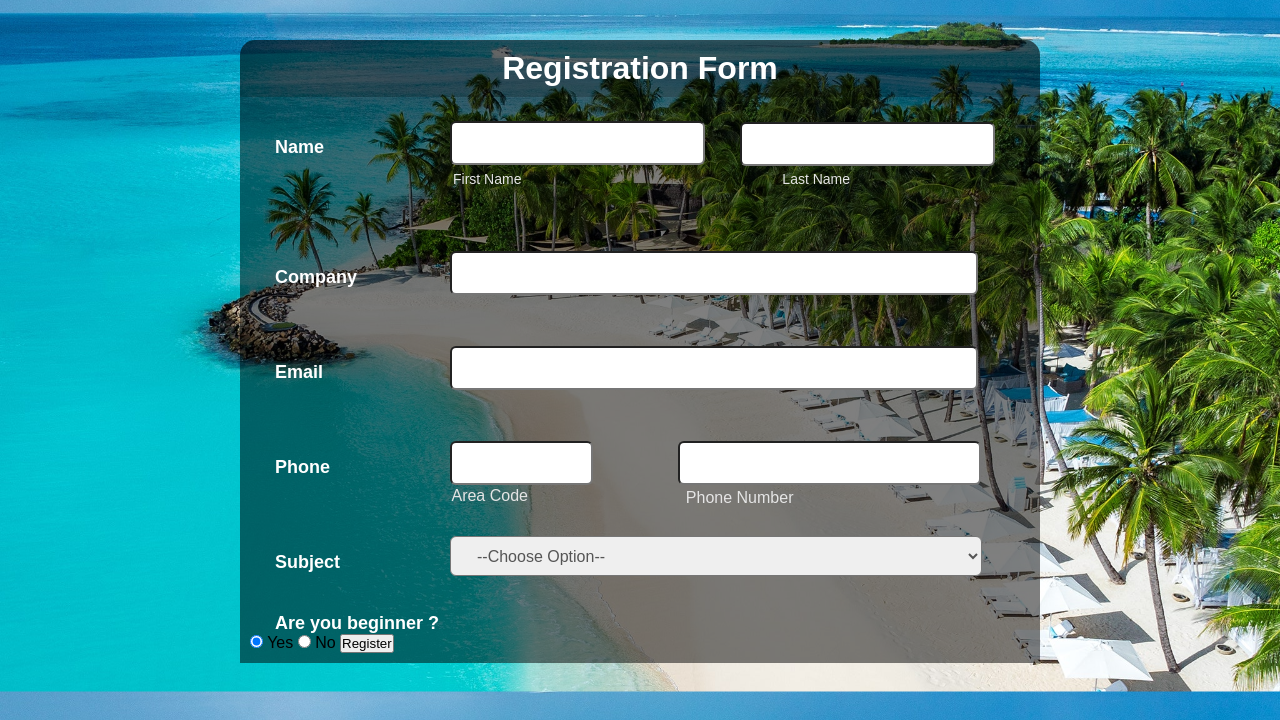
Repository: sudeepa88/Registration-Form
Page: registration.html
An editor plug-in stored every save of this project. The page is shown before and after the next save, followed by the edit.
The browser window is 1280 px wide. The pictures show the whole page.

Above is the page before, as saved 2022-01-11 23:49:55.

After the next save:
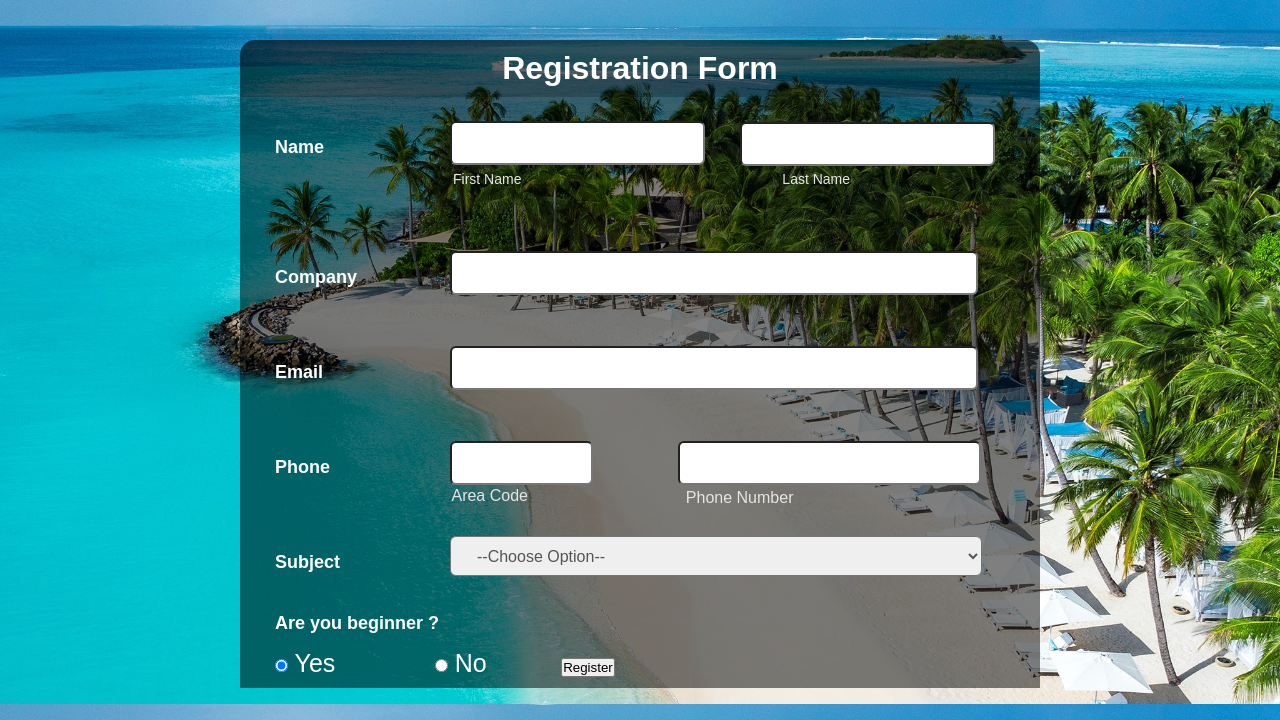
Saved 3 min 18 s later.
--- a/registration.html
+++ b/registration.html
@@ -168,6 +168,14 @@
        color:white;
        font-size: 18px;
    }
+   .radio{
+       display: inline-block;
+       padding-right: 70px;
+       font-size: 25px;
+       margin-left: 25px;
+       margin-top: 15px;
+       color: white;
+   }
     </style>
 </head>
 <body>
